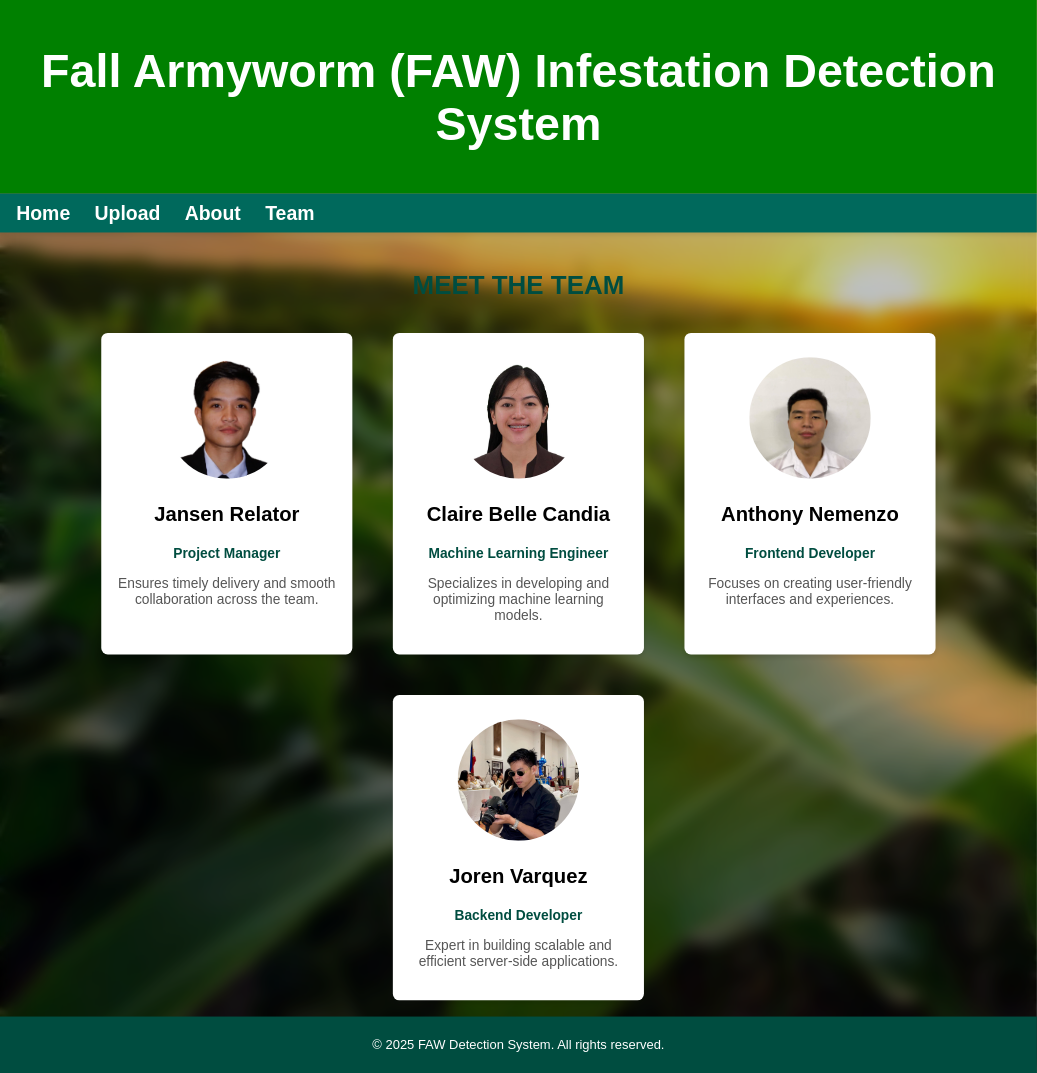
Repository: jansen223/faw-detection-main
Page: /team
An editor plug-in stored every save of this project. The page is shown before and after the next save, followed by the edit.
The browser window is 1280 px wide. The pictures show the whole page, at 81% of full size.
The project was rebuilt for these pictures with package versions that can differ from the ones it lists, and the page was loaded fresh each time. Also part of the build but not shown: src/pages/Home.css, src/pages/Summary.css, src/pages/Home.js, src/pages/About.css, src/pages/About.js, src/pages/Summary.js, src/pages/UploadAndDetect.css, src/pages/UploadAndDetect.js.

Above is the page before, as saved 2025-05-03 10:41:13.

### public/index.html
<!DOCTYPE html>
<html lang="en">
<head>
  <meta charset="utf-8" />
  <link rel="icon" href="%PUBLIC_URL%/maize_icon.jpg" />
  <meta name="viewport" content="width=device-width, initial-scale=1" />
  <meta name="theme-color" content="#000000" />
  <meta name="description" content="FAW Detection Web Interface" />
  <title>FAW Detection</title>
</head>
<body>
  <noscript>You need to enable JavaScript to run this app.</noscript>
  <div id="root"></div>
</body>
</html>

### src/App.js
import React, { useRef } from 'react';
import { BrowserRouter as Router, Routes, Route, Link } from 'react-router-dom';
import Home from './pages/Home';
import About from './pages/About';
import Team from './pages/Team';
import Summary from './pages/Summary';
import UploadAndDetect from './pages/UploadAndDetect';
import './App.css';

function App() {
  const canvasRef = useRef(null);
  const [counts, setCounts] = React.useState({ infested: 0, notInfested: 0 });

  const resetCounts = async () => {
    try {
      const response = await fetch('http://localhost:5000/reset_counts', {
        method: 'POST',
      });
      const data = await response.json();
      if (data.message) {
        setCounts({ infested: 0, notInfested: 0 });
        alert(data.message);
      }
    } catch (error) {
      console.error('Error resetting counts:', error);
    }
  };

  return (
    <Router>
      <div className="App">
        <header className="App-header">
          <h1>Fall Armyworm (FAW) Infestation Detection System</h1>
        </header>
        <nav className="App-navbar">
          <ul>
            <li><Link to="/">Home</Link></li>
            <li><Link to="/upload-and-detect">Upload</Link></li> {/* New button */}
            <li><Link to="/about">About</Link></li>
            <li><Link to="/team">Team</Link></li>
          </ul>
        </nav>
        <Routes>
          <Route path="/" element={<Home canvasRef={canvasRef} counts={counts} resetCounts={resetCounts} />} />
          <Route path="/upload-and-detect" element={<UploadAndDetect />} /> {/* New route */}
          <Route path="/about" element={<About />} />
          <Route path="/team" element={<Team />} />
          <Route path="/summary" element={<Summary />} />
        </Routes>
        <footer className="App-footer">
          <p>&copy; 2025 FAW Detection System. All rights reserved.</p>
        </footer>
      </div>
    </Router>
  );
}

export default App;

### src/pages/Team.js
import React from 'react';
import './Team.css';

function Team() {
  const teamMembers = [
    {
      name: "Jansen Relator",
      role: "Project Manager",
      description: "Ensures timely delivery and smooth collaboration across the team.",
      image: "images/jansen.png"
    },
    {
      name: "Claire Belle Candia",
      role: "Machine Learning Engineer",
      description: "Specializes in developing and optimizing machine learning models.",
      image: "images/claire.jpg"
    },
    {
      name: "Anthony Nemenzo",
      role: "Frontend Developer",
      description: "Focuses on creating user-friendly interfaces and experiences.",
      image: "images/anthony.jpeg"
    },
    {
      name: "Joren Varquez",
      role: "Backend Developer",
      description: "Expert in building scalable and efficient server-side applications.",
      image: "images/joren1.jpg"
    }
  ];

  return (
    <div className="team-container">
      <h2>MEET THE TEAM</h2>
      <div className="team-members">
        {teamMembers.map((member, index) => (
          <div key={index} className="team-member">
            <img src={member.image} alt={`${member.name}`} className="team-member-image" />
            <h3>{member.name}</h3>
            <p className="team-member-role">{member.role}</p>
            <p className="team-member-description">{member.description}</p>
          </div>
        ))}
      </div>
    </div>
  );
}

export default Team;

### src/App.css
html,
body {
  margin: 0;
  padding: 0;
  font-family: 'Arial', sans-serif; /* Use a clean, modern font */
  background-color: #f9f9f9; /* Light background for better readability */
  background-image: url("C:/Users/Jansen Relator/StudioProjects/faw-detection-main/public/images/background.jpg"); /* Path to the image in the public folder */
  background-size: cover; /* Ensures the image covers the entire background */
  background-repeat: no-repeat; /* Prevents the image from repeating */

}

.App {
  display: flex;
  flex-direction: column;
  min-height: 100vh;
  background-color: rgba(0, 0, 0, 0.226); /* Semi-transparent background */
  backdrop-filter: blur(10px); /* Adds blur effect */
}

.App-header {
  background-color: green;
  color: white;
  text-align: center;
  font-size: 1.8rem;
  font-weight: bold;
  padding: 15px 0;
  box-shadow: 0 4px 6px rgba(0, 0, 0, 0.1);
}

.App-navbar {
  background-color: #00695c;
  color: white;
  padding: 10px 20px;
  display: flex;
  justify-content: space-between;
  align-items: center;
  box-shadow: 0 4px 6px rgba(0, 0, 0, 0.1);
}

.App-navbar ul {
  list-style: none;
  display: flex;
  gap: 30px;
  margin: 0;
  padding: 0;
}

.App-navbar a {
  color: white;
  text-decoration: none;
  font-weight: bold;
  font-size: 18px;
}

.App-navbar a:hover {
  text-decoration: underline;
}

.App-navbar ul li a {
  font-size: 1.5rem; /* Adjust the size as needed */
  font-weight: bold; /* Optional: make the text bold */
}

.App-footer {
  background-color: #004d40;
  color: white;
  text-align: center;
  padding: 10px 0;
  margin-top: auto;
}

### src/pages/Team.css
.team-container {
  padding: 20px;
  text-align: center;
}

.team-container h2 {
  font-size: 2rem;
  color: #004d40;
  margin-bottom: 40px;
}

.team-members {
  display: flex;
  flex-wrap: wrap;
  gap: 50px;
  justify-content: center;
  margin-top: 20px;
}

.team-member {
  background-color: #ffffff;
  border-radius: 8px;
  box-shadow: 0 4px 6px rgba(0, 0, 0, 0.1);
  padding: 20px;
  text-align: center;
  width: 270px;
}

.team-member h3 {
  font-size: 25px;
}

.team-member p {
  font-size: 17px;
}
.team-member-image {
  border-radius: 50%;
  width: 150px;
  height: 150px;
  object-fit: cover;
  margin-top: 10px;
}

.team-member-role {
  font-weight: bold;
  color: #004d40;
  margin: 5px 0;
}

.team-member-description {
  font-size: 0.9rem;
  color: #555;
}

Loaded but not shown: src/index.js (common file); src/index.css (common file); src/reportWebVitals.js (common file)

After the next save:
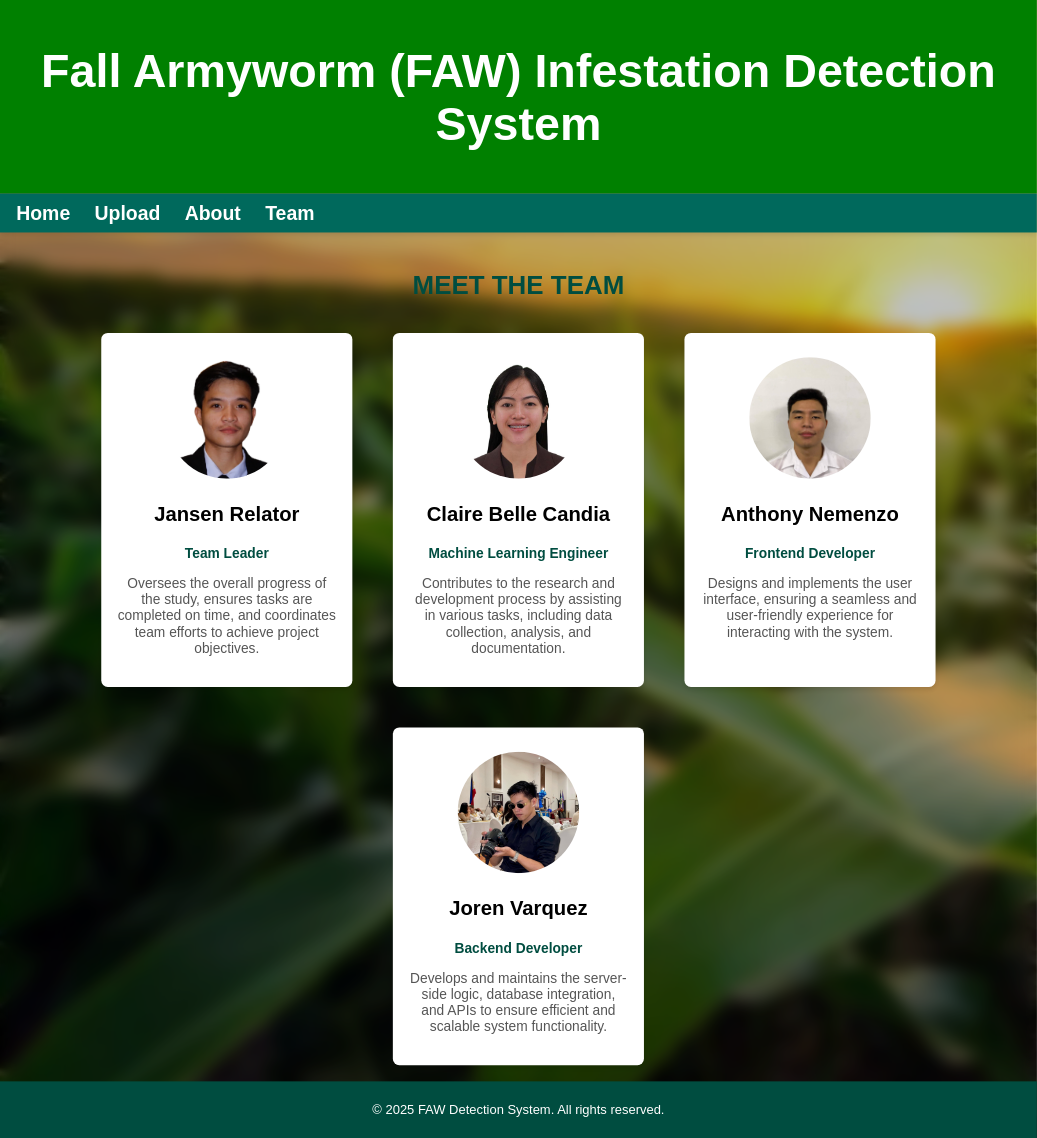
Saved 10 min 52 s later.
--- a/src/pages/Team.js
+++ b/src/pages/Team.js
@@ -5,26 +5,26 @@ function Team() {
   const teamMembers = [
     {
       name: "Jansen Relator",
-      role: "Project Manager",
-      description: "Ensures timely delivery and smooth collaboration across the team.",
+      role: "Team Leader",
+      description: "Oversees the overall progress of the study, ensures tasks are completed on time, and coordinates team efforts to achieve project objectives.",
       image: "images/jansen.png"
     },
     {
       name: "Claire Belle Candia",
       role: "Machine Learning Engineer",
-      description: "Specializes in developing and optimizing machine learning models.",
+      description: "Contributes to the research and development process by assisting in various tasks, including data collection, analysis, and documentation.",
       image: "images/claire.jpg"
     },
     {
       name: "Anthony Nemenzo",
       role: "Frontend Developer",
-      description: "Focuses on creating user-friendly interfaces and experiences.",
+      description: "Designs and implements the user interface, ensuring a seamless and user-friendly experience for interacting with the system.",
       image: "images/anthony.jpeg"
     },
     {
       name: "Joren Varquez",
       role: "Backend Developer",
-      description: "Expert in building scalable and efficient server-side applications.",
+      description: "Develops and maintains the server-side logic, database integration, and APIs to ensure efficient and scalable system functionality.",
       image: "images/joren1.jpg"
     }
   ];
